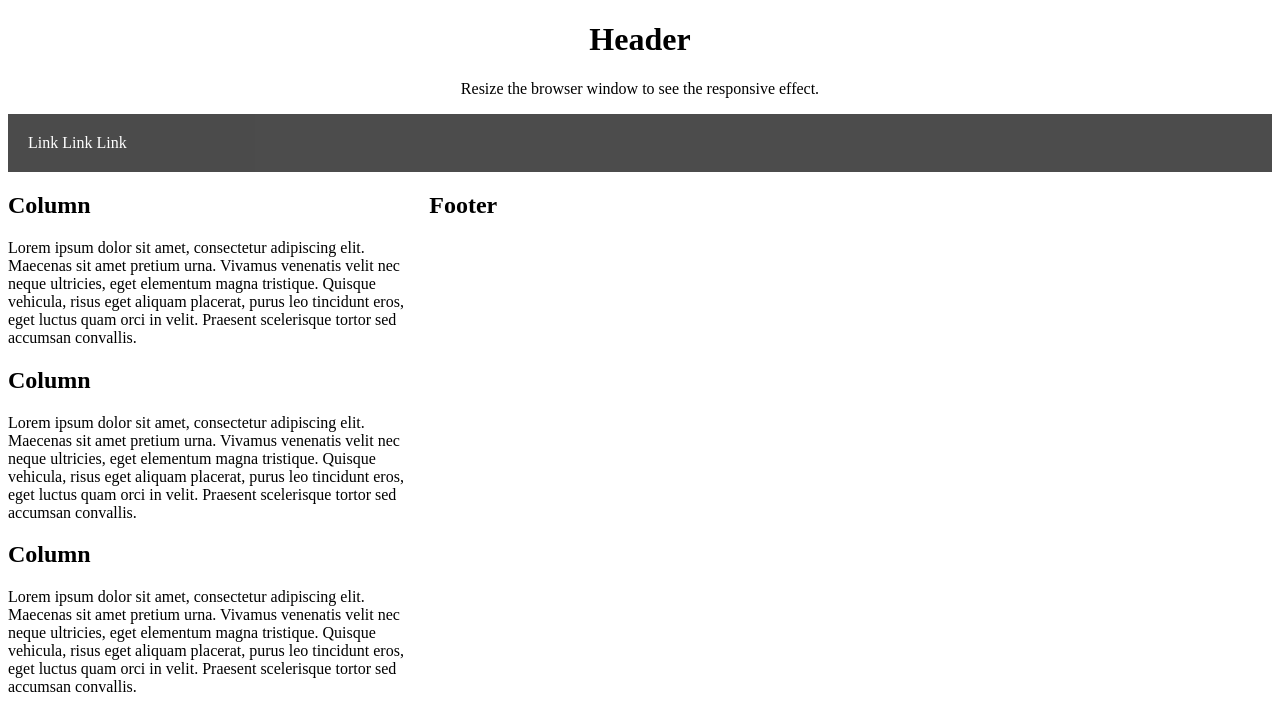
Repository: skybluelion/KB
Page: KB/work05_front/front02_css3/src/main/webapp/css12_website_layout.html
These files come from the project's save history. The page is drawn as it stood at one moment and after the next save; the edit follows.
The browser window is 1280 px wide. The pictures show the whole page.

Above is the page before, as saved 2023-04-10 05:05:22.

### KB/work05_front/front02_css3/src/main/webapp/css12_website_layout.html
<!DOCTYPE html>
<html lang="en">
<head>
<title>CSS Website Layout</title>
<style type="text/css">
	*{
		box-sizing: border-box;
	}

	.header{
		text-align: center;
	}

	.topnav{
		background: black;
		opacity: 0.7;
		padding: 20px;
	}
	a{
		color: white;
		text-decoration: none;
	}

	.row{
		float: left;
		width: 33.33%;
		margin: 0px;
	}


</style>
<meta charset="utf-8">
<meta name="viewport" content="width=device-width, initial-scale=1">
</head>
<body>

<div class="header">
  <h1>Header</h1>
  <p>Resize the browser window to see the responsive effect.</p>
</div>

<div class="topnav">
  <a href="#">Link</a>
  <a href="#">Link</a>
  <a href="#">Link</a>
</div>

<div class="row">
  <div class="column">
    <h2>Column</h2>
    <p>Lorem ipsum dolor sit amet, consectetur adipiscing elit. Maecenas sit amet pretium urna. Vivamus venenatis velit nec neque ultricies, eget elementum magna tristique. Quisque vehicula, risus eget aliquam placerat, purus leo tincidunt eros, eget luctus quam orci in velit. Praesent scelerisque tortor sed accumsan convallis.</p>
  </div>

  <div class="column">
    <h2>Column</h2>
    <p>Lorem ipsum dolor sit amet, consectetur adipiscing elit. Maecenas sit amet pretium urna. Vivamus venenatis velit nec neque ultricies, eget elementum magna tristique. Quisque vehicula, risus eget aliquam placerat, purus leo tincidunt eros, eget luctus quam orci in velit. Praesent scelerisque tortor sed accumsan convallis.</p>
  </div>

  <div class="column">
    <h2>Column</h2>
    <p>Lorem ipsum dolor sit amet, consectetur adipiscing elit. Maecenas sit amet pretium urna. Vivamus venenatis velit nec neque ultricies, eget elementum magna tristique. Quisque vehicula, risus eget aliquam placerat, purus leo tincidunt eros, eget luctus quam orci in velit. Praesent scelerisque tortor sed accumsan convallis.</p>
  </div>
 </div>

  <!-- 추가하기 -->
<div class="footer">
  	<p><h2>Footer</h2></p>
</div>



</body>
</html>

After the next save:
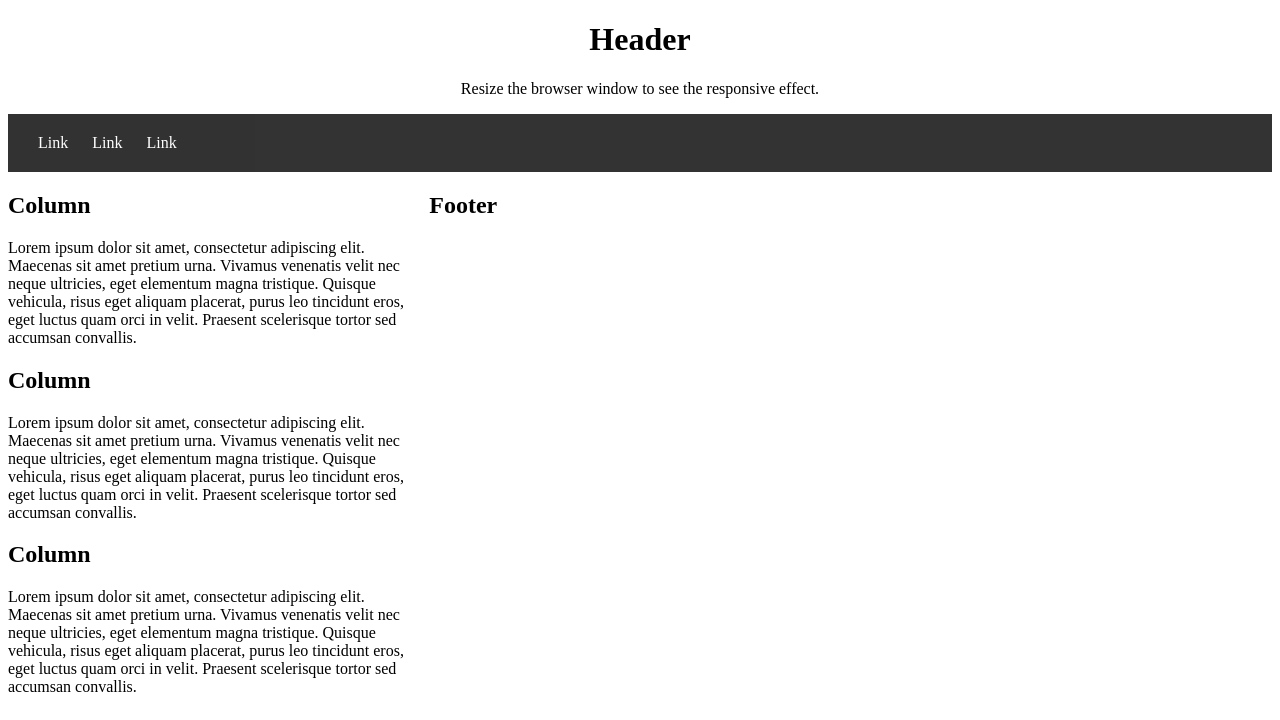
Saved 32 s later.
--- a/KB/work05_front/front02_css3/src/main/webapp/css12_website_layout.html
+++ b/KB/work05_front/front02_css3/src/main/webapp/css12_website_layout.html
@@ -13,12 +13,13 @@
 
 	.topnav{
 		background: black;
-		opacity: 0.7;
+		opacity: 0.8;
 		padding: 20px;
 	}
 	a{
 		color: white;
 		text-decoration: none;
+		margin: 10px;
 	}
 
 	.row{
